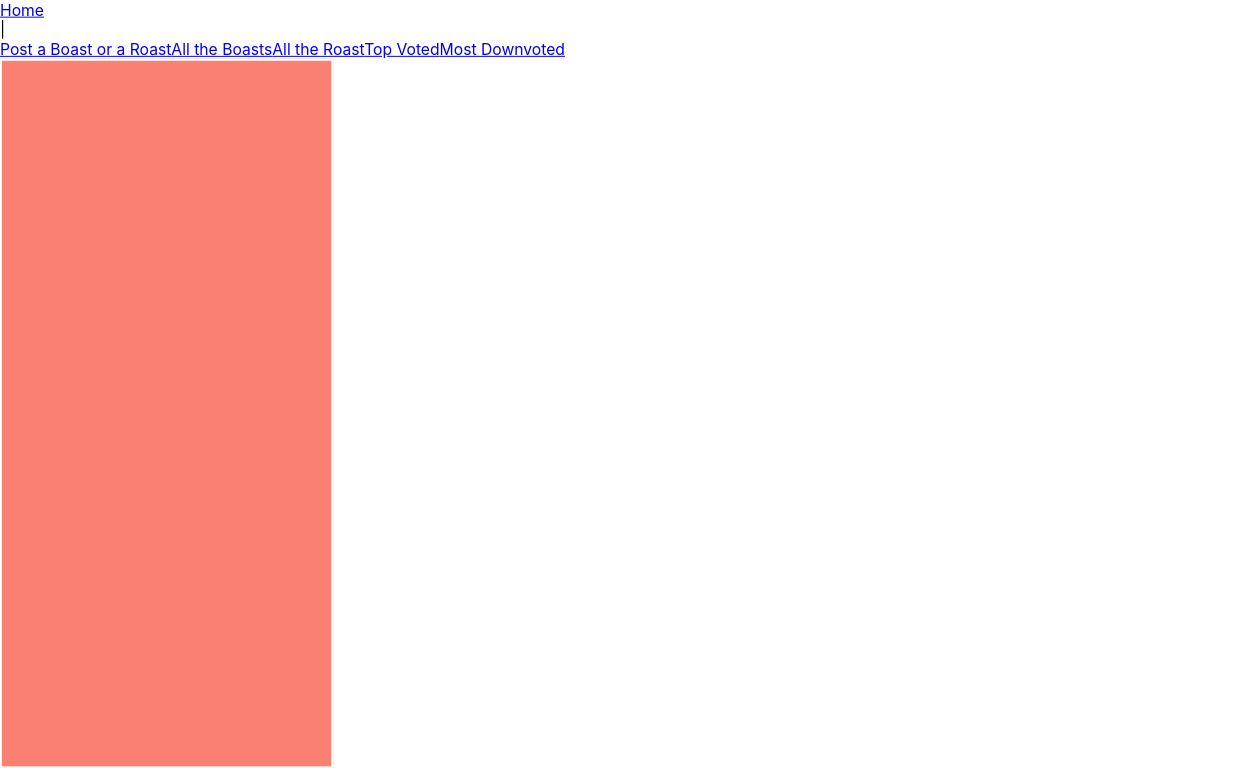
Repository: Imraj423/GhostPost_front-end
Page: /
An editor plug-in stored every save of this project. The page is shown before and after the next save, followed by the edit.
The browser window is 1280 px wide. The pictures show the whole page, at 98% of full size.
The page's requests for data from a server got no answer. The project was rebuilt for these pictures with package versions that can differ from the ones it lists, and the page was loaded fresh each time. No one was signed in, and anything a server would have sent is missing. Also part of the build but not shown: src/components/CreatePost/post.js, src/components/Form/form.js.

Above is the page before, as saved 2020-04-03 10:25:09.

After the next save:
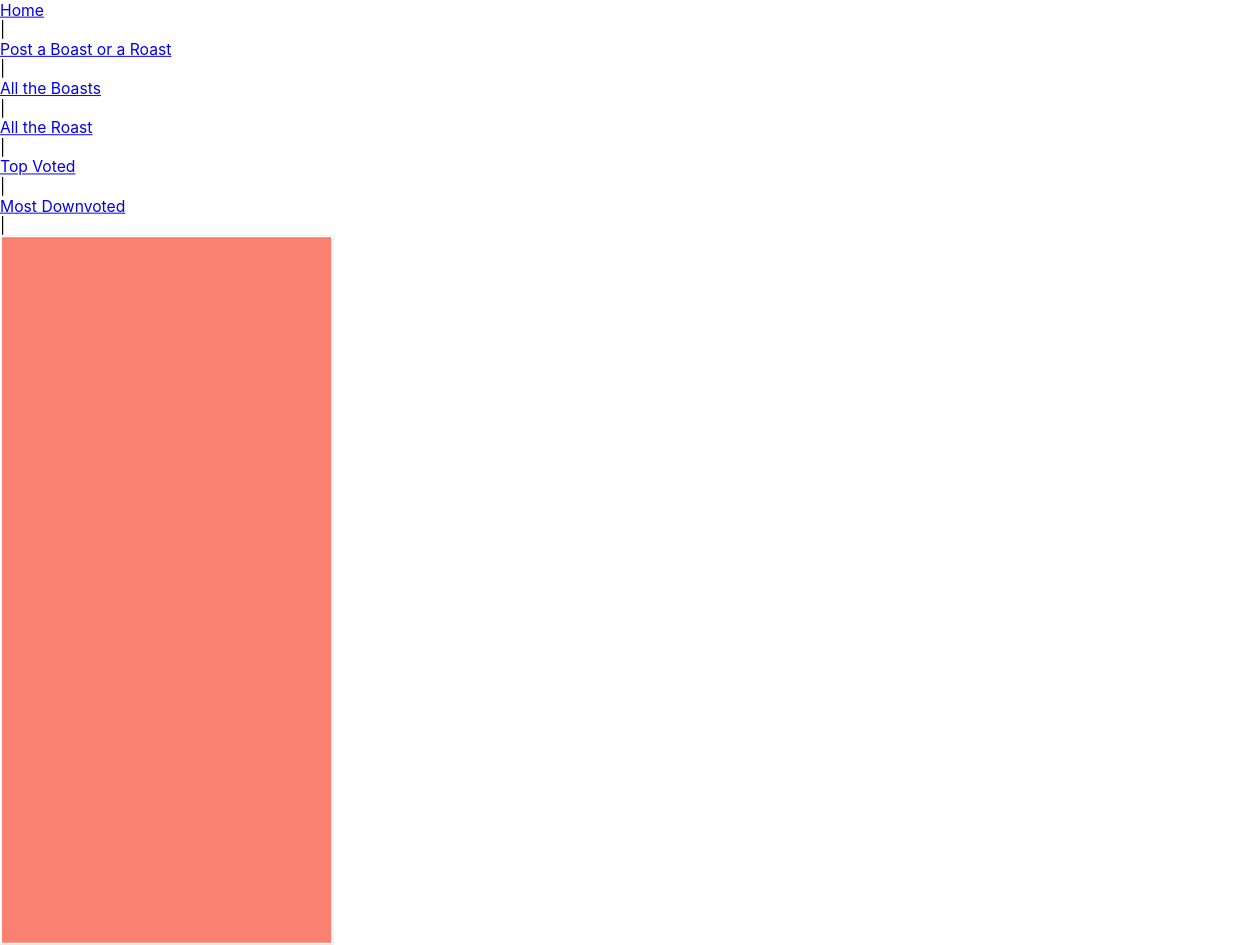
Saved 19 s later.
--- a/src/components/NavBar/nav.js
+++ b/src/components/NavBar/nav.js
@@ -4,19 +4,17 @@ export default function Navi() {
 
     return (
       <div>
-
-            <a href="/">Home</a> <br />|<br />
-
-            <a href="/form">Post a Boast or a Roast</a>
-
-            <a href="/boasts">All the Boasts</a>
-
-            <a href="/roasts">All the Roast</a>
-
-            <a href="/upvotes">Top Voted</a>
-
-            <a href="/downvotes">Most Downvoted</a>
-
+        <a href="/">Home</a> <br />|<br />
+        <a href="/form">Post a Boast or a Roast</a>
+        <br />|<br />
+        <a href="/boasts">All the Boasts</a>
+        <br />|<br />
+        <a href="/roasts">All the Roast</a>
+        <br />|<br />
+        <a href="/upvotes">Top Voted</a>
+        <br />|<br />
+        <a href="/downvotes">Most Downvoted</a>
+        <br />|<br />
       </div>
     );
   }
